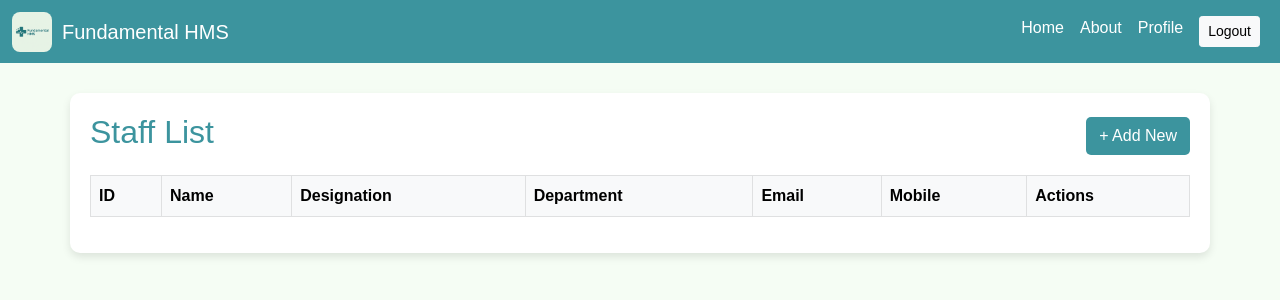
Repository: NAGENDRAN0/New
Page: http://localhost/stafflist
An editor plug-in stored every save of this project. The page is shown before and after the next save, followed by the edit.
The browser window is 1280 px wide. The pictures show the whole page.
The page is this project's Thymeleaf template; nobody is signed in. The template is opened directly, without the code that normally fills it, so the values that code supplies are empty.

Above is the page before, as saved 2025-05-19 08:15:09.

### Documents/workspace-spring-tool-suite-4-4.25.0.RELEASE/HMS/src/main/resources/templates/stafflist.html
<!DOCTYPE html>
<html lang="en" xmlns:th="http://www.thymeleaf.org">
<head>
  <meta charset="UTF-8">
  <title>List Page | Fundamental HMS</title>
  <link rel="icon" type="image/png" href="/image/Logo.png" style="border-radius: 8px;">
  <meta name="viewport" content="width=device-width, initial-scale=1.0">

  <!-- Bootstrap CSS -->
  <link href="https://cdn.jsdelivr.net/npm/bootstrap@5.0.2/dist/css/bootstrap.min.css" rel="stylesheet">

  <style>
    body {
      background-color: #f5fdf4;
      font-family: Arial, sans-serif;
    }

    .navbar {
      background-color: #3C949E;
    }

    .navbar-brand, .nav-link {
      color: white !important;
    }

    .table-container {
      background: white;
      border-radius: 10px;
      padding: 20px;
      margin-top: 30px;
      box-shadow: 0 4px 8px rgba(0,0,0,0.1);
    }

    h2 {
      color: #3C949E;
    }

    .btn-custom {
      background-color: #3C949E;
      color: white;
      border-radius: 5px;
    }

    .btn-custom:hover {
      background-color: #337b87;
    }
  </style>
</head>
<body>

<!-- Navigation Bar -->
<nav class="navbar navbar-expand-lg">
  <div class="container-fluid">
    <img th:src="@{/image/Logo.png}" class="logo" width="40" height="40" style="border-radius:8px; margin-right: 10px;"/>
    <a class="navbar-brand" href="#" th:href="@{/}">Fundamental HMS</a>
    <div class="collapse navbar-collapse" id="navbarNav">
      <ul class="navbar-nav ms-auto">
        <li class="nav-item">
          <a class="nav-link" th:href="@{/}">Home</a>
        </li>
        <li class="nav-item">
          <a class="nav-link" th:href="@{/features}">About</a>
        </li>
        <li class="nav-item">
          <a class="nav-link" th:href="@{/contact}">Profile</a>
        </li>
        <li class="nav-item">
          <a class="nav-link" th:href="@{/logout}"><button class="btn btn-light btn-sm">Logout</button></a>
        </li>
      </ul>
    </div>
  </div>
</nav>

<!-- Table Section -->
<div class="container table-container">
  <div class="d-flex justify-content-between align-items-center mb-3">
    <h2>Staff List</h2>
    <a th:href="@{/staff/new}" class="btn btn-custom">+ Add New</a>
  </div>

  <table class="table table-bordered table-striped">
    <thead class="table-light">
      <tr>
        <th>ID</th>
        <th>Name</th>
        <th>Designation</th>
        <th>Department</th>
        <th>Email</th>
        <th>Mobile</th>
        <th>Actions</th>
      </tr>
    </thead>
    <tbody>

    </tbody>
  </table>
</div>

<!-- Bootstrap JS -->
<script src="https://cdn.jsdelivr.net/npm/bootstrap@5.0.2/dist/js/bootstrap.bundle.min.js"></script>

</body>
</html>

After the next save:
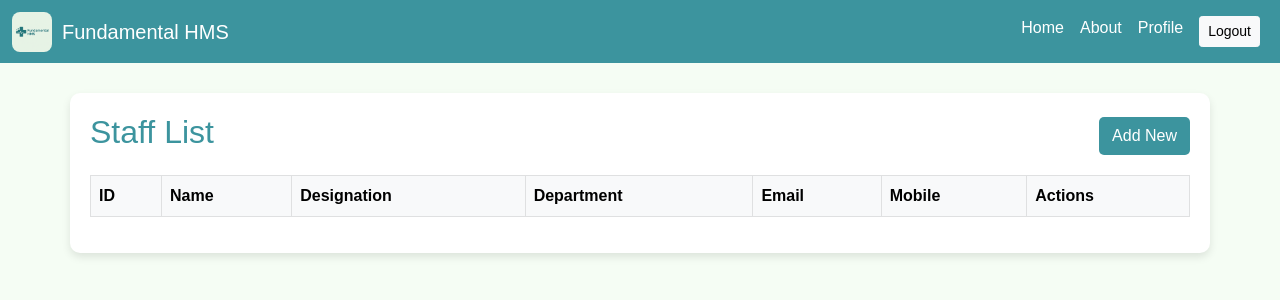
Saved 23 s later.
--- a/Documents/workspace-spring-tool-suite-4-4.25.0.RELEASE/HMS/src/main/resources/templates/stafflist.html
+++ b/Documents/workspace-spring-tool-suite-4-4.25.0.RELEASE/HMS/src/main/resources/templates/stafflist.html
@@ -76,7 +76,7 @@
 <div class="container table-container">
   <div class="d-flex justify-content-between align-items-center mb-3">
     <h2>Staff List</h2>
-    <a th:href="@{/staff/new}" class="btn btn-custom">+ Add New</a>
+    <a th:href="@{/master/staff}" class="btn btn-custom">Add New</a>
   </div>
 
   <table class="table table-bordered table-striped">
